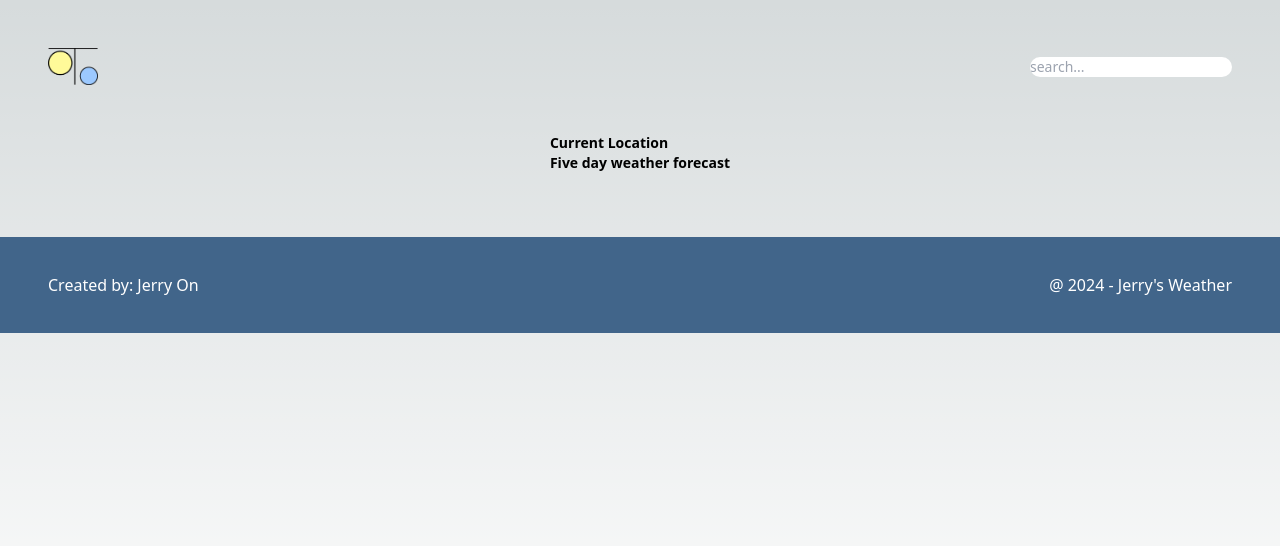
Repository: JerryWuOn/weatherAppMid
Page: /
The author's editor kept a copy of each file at every save. The page is drawn from the files as they stood at one save, then again after the next save.
The browser window is 1280 px wide. The pictures show the whole page.
The page's requests for data from a server got no answer. The project was rebuilt for these pictures with package versions that can differ from the ones it lists, and the page was loaded fresh each time. The framework's server and built-in components were replaced by stand-ins that run in the browser. No one was signed in, and anything a server would have sent is missing. Also part of the build but not shown: next.config.mjs.

Above is the page before, as saved 2024-02-12 16:53:40.

### src/pages/index.tsx

import Header from "@/components/Header";
import Footer from "@/components/Footer";
import { useState, useEffect } from "react";

export default function Home() {
  const [data,setData] = useState<IWeather | null>(null);
  const apiKey = "fa86376a0b2615057a19374755185488"
  const API_URL = `https://api.openweathermap.org/data/2.5/weather?&appid=${apiKey}`


  useEffect(() => {
    fetch(API_URL)
      .then(response => response.json())
      .then(response => {
        console.log(response);
        setData(response);
      })
      .catch(err => {
        console.log(err);
      })
  },[])
  return (
    <main className="flex flex-col min-h-screen w-full">
      <div className="flex flex-col w-5xl justify-between w-full items-center  text-sm ">
        <div className="flex flex-row w-full items-center justify-between gap-x-4 p-12">
          <Header></Header>
        </div>
        <div className="flex flex-col">
          <div className="font-bold">Current Location</div>
          <div className="font-bold">Five day weather forecast</div>

          {data && data.main && (
            <div>
              <h1>Temperature: {data.main.temp}</h1>
              <h1>Feels Like: {data.main.feels_like}</h1>
            </div>
          )}
        </div>
        </div>

        <div className="flex bg-footer w-full bg-fixed text-white mt-16 px-12">
          <div className="flex h-24 w-full items-center justify-between">
            <Footer/>
          </div>
        </div>

    </main>
  );
}

### src/components/Header/index.tsx
import Image from "next/image"

import Logo from "../../../public/images/jerryWeather.png"


export default function Header(){
    return (
        <div className="flex w-full">
            <div className="flex flex-row w-full items-center justify-between gap-x-4 ">
                <div className="flex justify-between">
                    <Image src={Logo} alt="logo" width={50} height={50}/>
                </div>
                <form>
                    <input className="rounded-xl" type="text" placeholder="search..."/>
                </form>
            </div>
        </div>
    )
}

### src/components/Footer/index.tsx
export default function Footer(){
    return (
        <div className="flex w-full items-center ">
            <div className="flex w-full items-center justify-between">
                <div className="flex px-18">
                    Created by: Jerry On
                </div>
                <div className="flex px-18">
                    @ 2024 - Jerry's Weather
                </div>
            </div>
        </div>
    )
}

### tailwind.config.ts
import type { Config } from "tailwindcss";

const config: Config = {
  content: [
    "./src/pages/**/*.{js,ts,jsx,tsx,mdx}",
    "./src/components/**/*.{js,ts,jsx,tsx,mdx}",
    "./src/app/**/*.{js,ts,jsx,tsx,mdx}",
  ],
  theme: {
    colors: {
      'footer' : '#41658A',
      'white' : '#FFFFFF'
    },
    extend: {
      backgroundImage: {
        "gradient-radial": "radial-gradient(var(--tw-gradient-stops))",
        "gradient-conic":
          "conic-gradient(from 180deg at 50% 50%, var(--tw-gradient-stops))",
      },
    },
  },
  plugins: [],
};
export default config;

Loaded but not shown: src/pages/_app.tsx (common file); src/pages/_document.tsx (common file); src/styles/globals.css (common file)

After the next save:
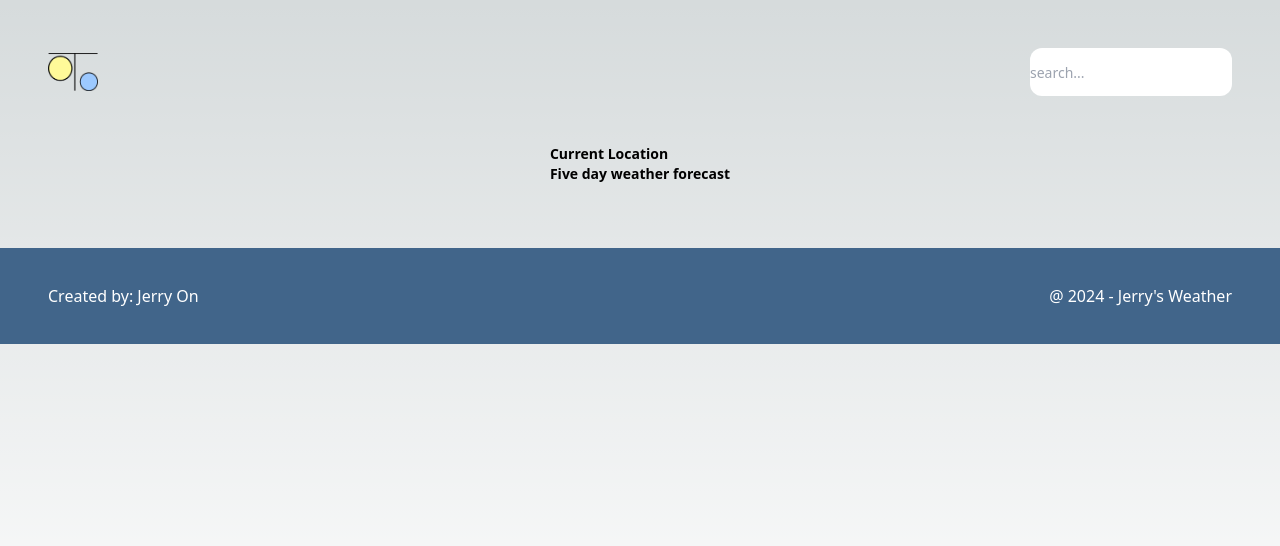
Saved 6 s later.
--- a/src/components/Header/index.tsx
+++ b/src/components/Header/index.tsx
@@ -11,7 +11,7 @@ export default function Header(){
                     <Image src={Logo} alt="logo" width={50} height={50}/>
                 </div>
                 <form>
-                    <input className="rounded-xl" type="text" placeholder="search..."/>
+                    <input className="rounded-xl h-12" type="text" placeholder="search..."/>
                 </form>
             </div>
         </div>
